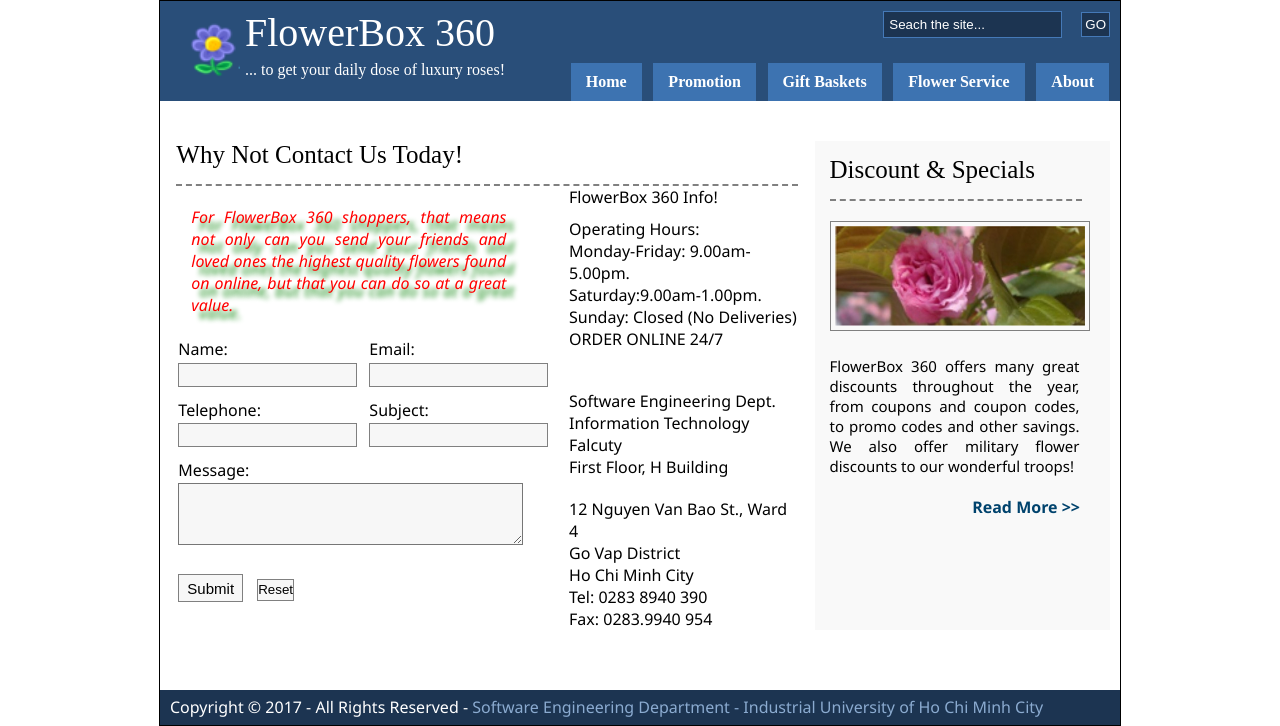
Repository: thu1365/BTKT_WEB
Page: HTML/btkt.html
An editor plug-in stored every save of this project. The page is shown before and after the next save, followed by the edit.
The browser window is 1280 px wide. The pictures show the whole page.

Above is the page before, as saved 2023-03-11 21:00:24.

After the next save:
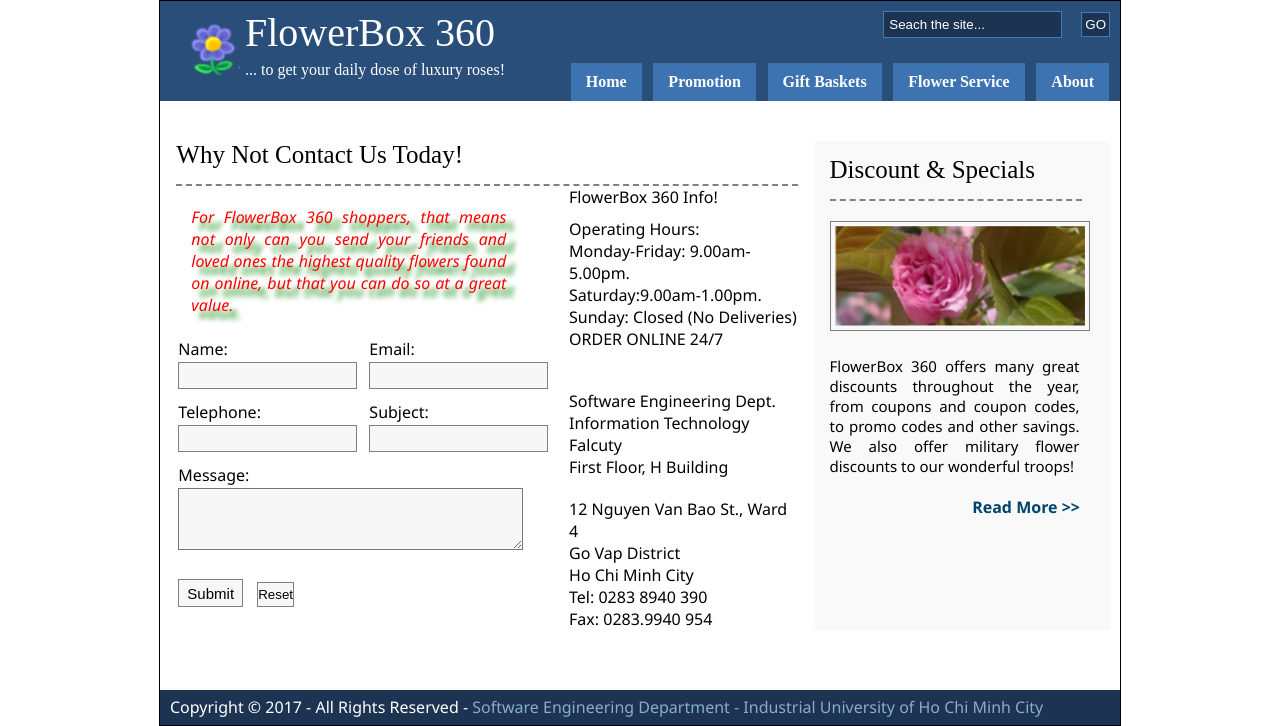
Saved 9 s later.
--- a/HTML/btkt.html
+++ b/HTML/btkt.html
@@ -177,7 +177,7 @@
         }
 
         table input {
-            height: 22px;
+            height: 25px;
             margin-right: 10px;
             margin-bottom: 10px;
             background-color: #f7f7f7;
